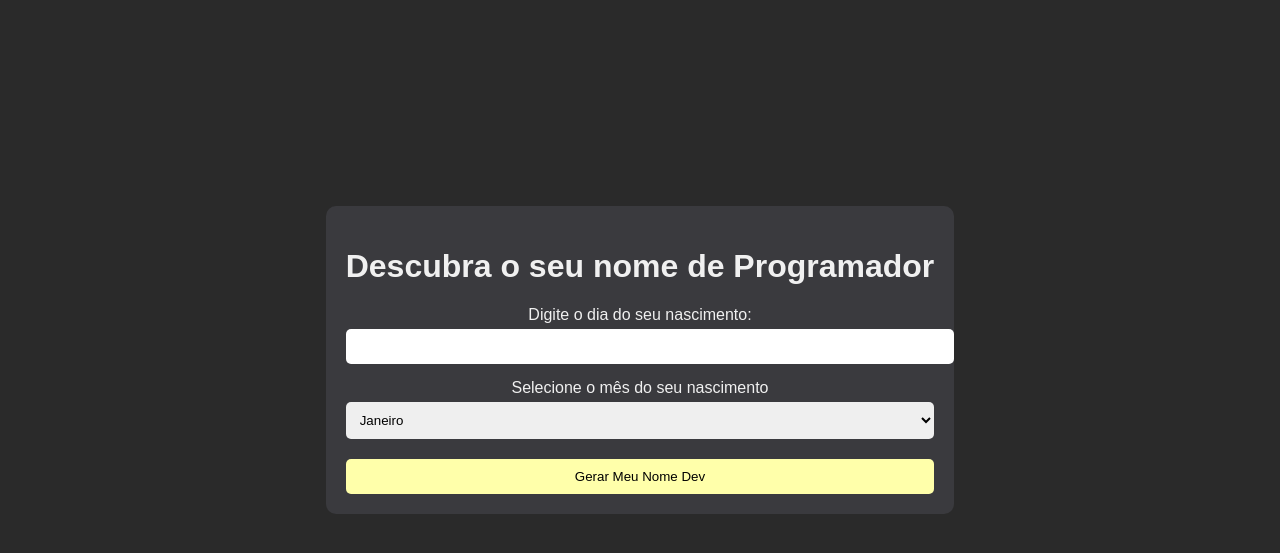
Repository: analessp/seu-nome-dev
Page: index.html
An editor plug-in stored every save of this project. The page is shown before and after the next save, followed by the edit.
The browser window is 1280 px wide. The pictures show the whole page.

Above is the page before, as saved 2025-05-13 10:51:43.

After the next save:
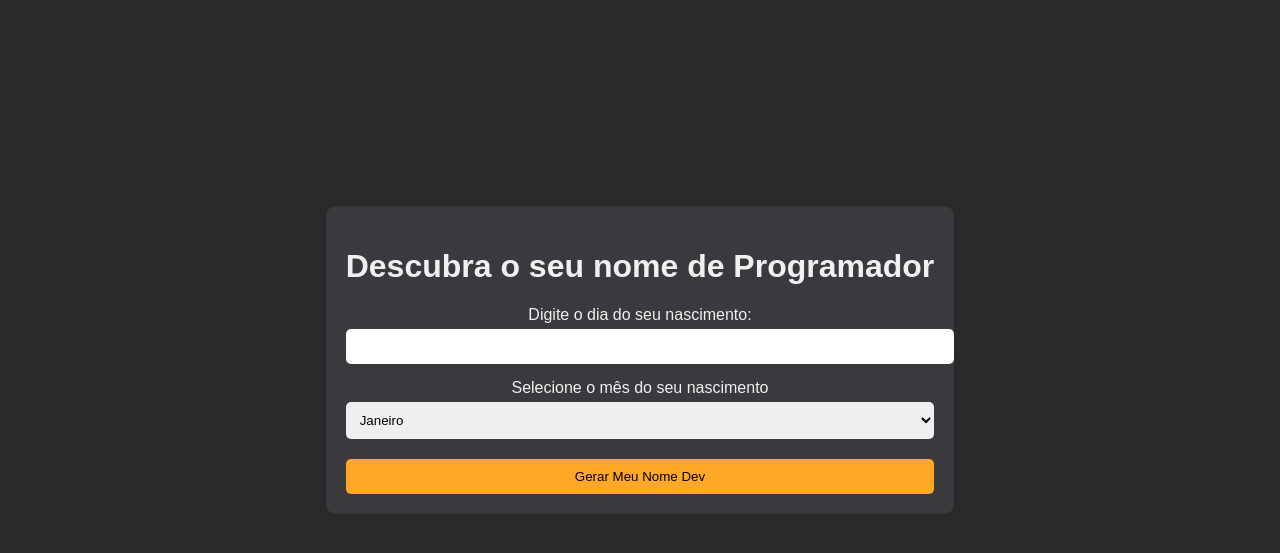
Saved 4 s later.
--- a/styles.css
+++ b/styles.css
@@ -32,5 +32,5 @@ input, select, button {
 }
 
 button {
-    background-color: #ffa;
+    background-color: #ffa726;
 }
